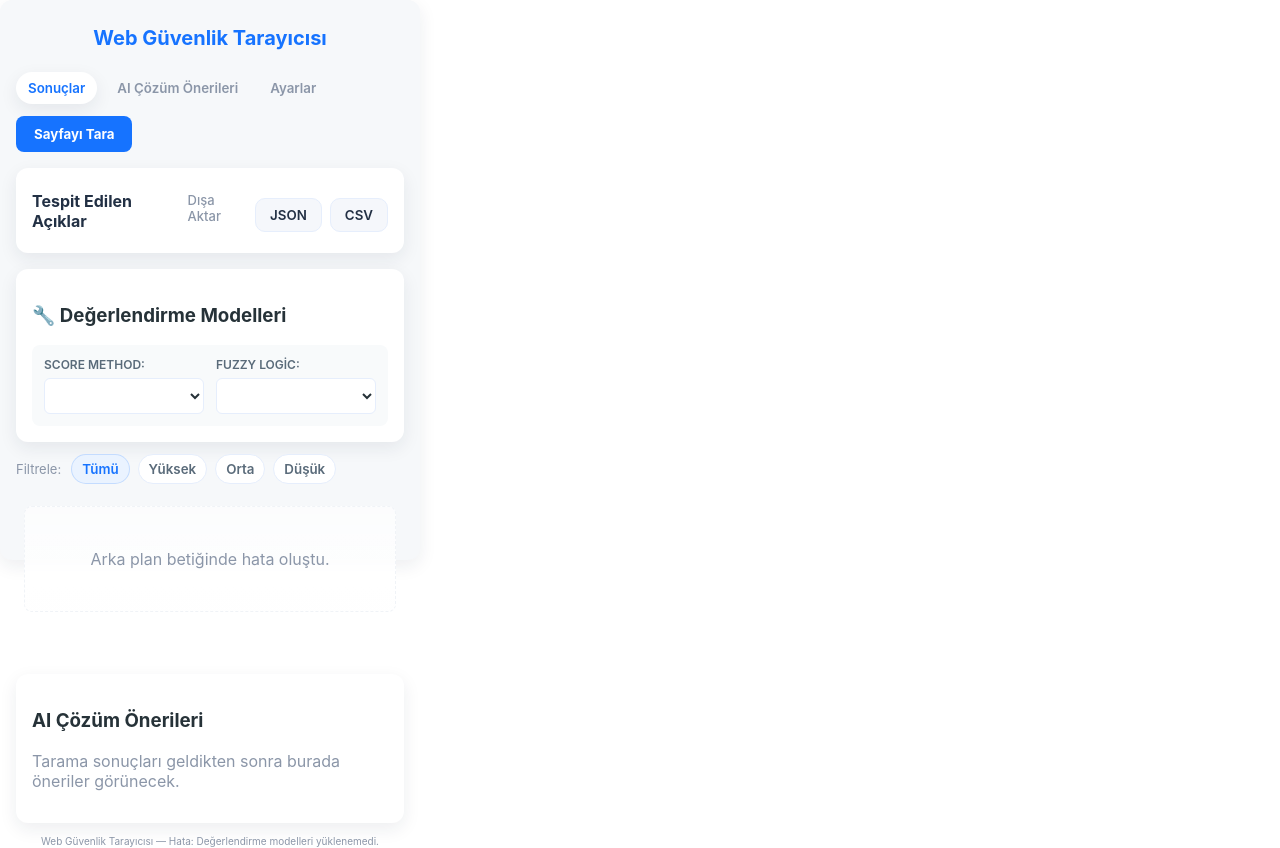
Repository: seliinduru/chrome-vuln-scanner
Page: popup.html
The author's editor kept a copy of each file at every save. The page is drawn from the files as they stood at one save, then again after the next save.
The browser window is 1280 px wide. The pictures show the whole page.

Above is the page before, as saved 2025-11-05 18:35:42.

After the next save:
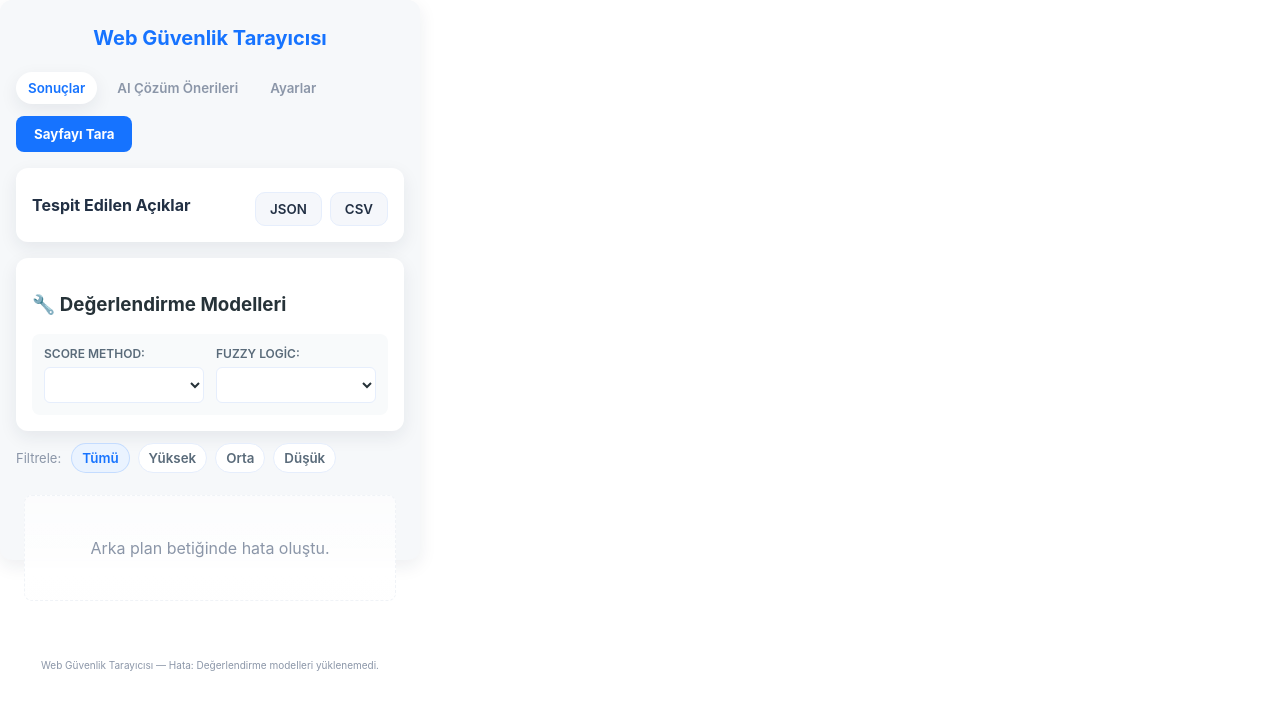
Saved 17 s later.
--- a/popup.html
+++ b/popup.html
@@ -17,7 +17,6 @@
       <button class="tab" data-tab="settings">Ayarlar</button>
     </nav>
 
-    <!-- === SONUÇLAR SEKMESİ İÇERİĞİ === -->
     <section id="results" class="tab-content active">
       <div class="controls">
         <button id="scanBtn" class="primary">Sayfayı Tara</button>
@@ -25,7 +24,6 @@
       <div class="card">
         <div class="card-title">
           <h2>Tespit Edilen Açıklar</h2>
-          <p class="export-text">Dışa Aktar</p>
           <div class="export-buttons">
             <button id="exportJson" title="JSON">JSON</button>
             <button id="exportCsv" title="CSV">CSV</button>
@@ -61,21 +59,13 @@
       </div>
     </section>
 
-    <!-- === AI ÇÖZÜM ÖNERİLERİ SEKMESİ İÇERİĞİ === -->
-    <section id="ai" class="tab-content">
-      <div class="card">
-        <h3>AI Çözüm Önerileri</h3>
-        <div id="aiSuggestions">
-          <p class="muted">Tarama sonuçları geldikten sonra burada öneriler görünecek.</p>
-        </div>
-      </div>
-    </section>
+    <!-- AI sekmesi artık boş, çünkü ayrı bir sayfaya taşındı -->
+    <section id="ai" class="tab-content"></section>
 
     <footer class="modal-footer">
       <small>Web Güvenlik Tarayıcısı — <span id="statusText">Hazır</span></small>
     </footer>
   </div>
-
   <script src="popup.js"></script>
 </body>
 </html>
